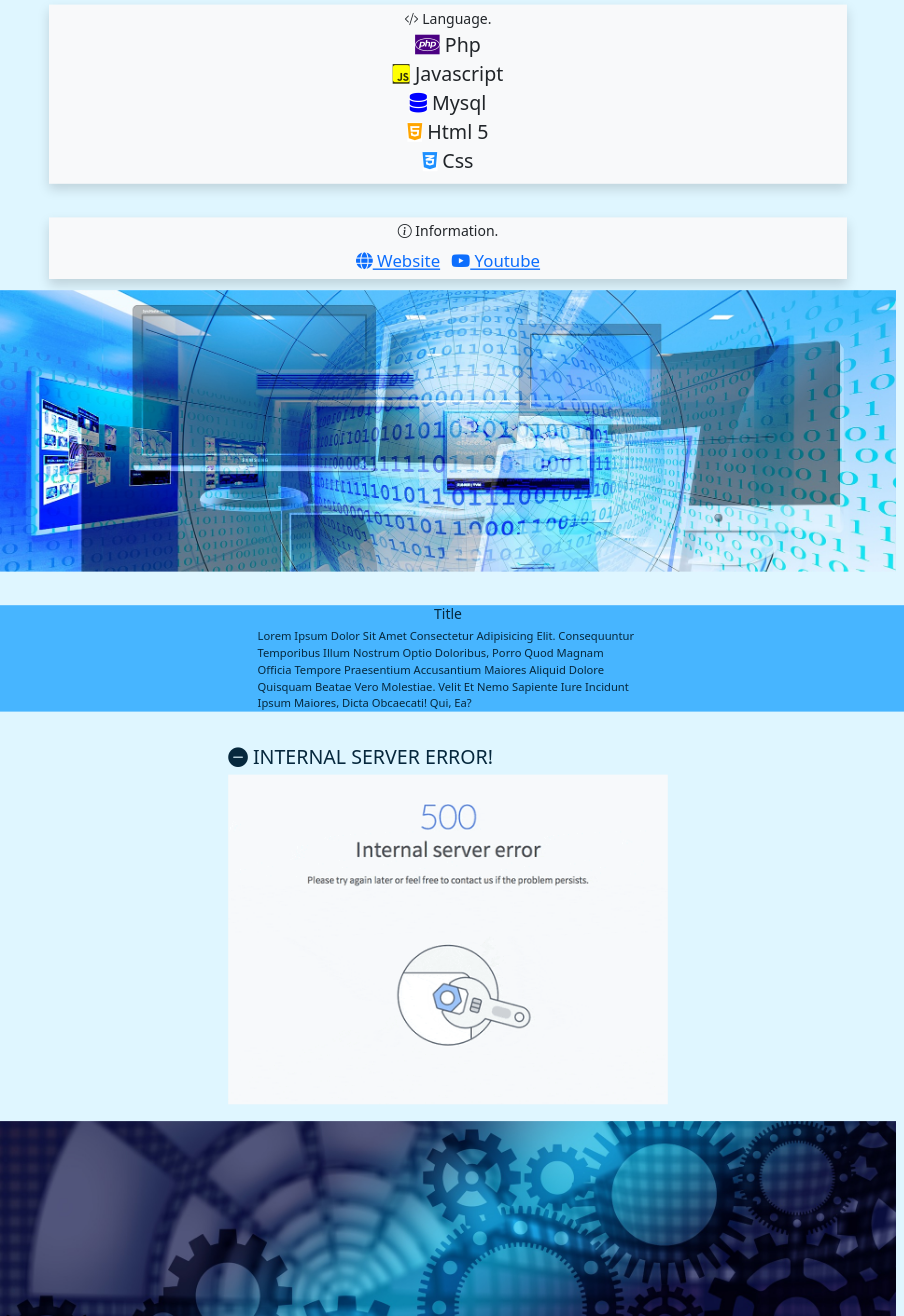
Repository: initer3737/initer3737.github.io
Page: index.html
These files come from the project's save history. The page is drawn as it stood at one moment and after a run of saves; the edit follows.
The browser window is 1280 px wide. The page is 1292 px wide, so the pictures cover 1292 px, including what lies to the right of the window. The pictures show the part of the page from y = 951 to 2831 px (the page is 3335 px tall), at 70% of full size.
Some web libraries are served in a nearby version.

Above is the page before, as saved 2022-06-12 17:04:59.
Console error: TypeError: Cannot set properties of null (setting 'innerHTML')

### index.html
<!DOCTYPE html>
<html lang="en">
<head>
    <meta charset="UTF-8">
    <meta http-equiv="X-UA-Compatible" content="IE=edge">
    <meta name="viewport" content="width=device-width, initial-scale=1.0">
    <title>puthut wahyu aji</title>
    <link href="https://cdn.jsdelivr.net/npm/bootstrap@5.0.2/dist/css/bootstrap.min.css" rel="stylesheet" integrity="sha384-EVSTQN3/azprG1Anm3QDgpJLIm9Nao0Yz1ztcQTwFspd3yD65VohhpuuCOmLASjC" crossorigin="anonymous">
    <script src="https://kit.fontawesome.com/7bb1ae10af.js" crossorigin="anonymous"></script>
<!-- bootstrap icon -->
<link rel="stylesheet" href="https://cdn.jsdelivr.net/npm/bootstrap-icons@1.8.3/font/bootstrap-icons.css">

    <link rel="stylesheet" href="css/style.css">
</head>
<body class="bg-1">
    <header class=" bg-1">
         <img src="img/banner-982162_1920.jpg" alt="" class="img-fluid w-100" srcset="">
    </header>
    <div class="container bg-light shadow rounded  d-flex flex-column gap-4 justify-content-center align-content-center align-items-center p-2">
        <div class="row d-flex align-content-center align-items-center">
            <div class="col-12">
               <div class="bg-primary text-capitalize d-flex justify-content-start">
                <p id="fulldate" class="h4 text-light p-2"></p>
               </div>
            </div>
            <div class="col-10 col-md-5 col-lg-4">
               <div class="card shadow m-2 p-1 position-relative">
                <video src="img/Earth - 4788.mp4" loop muted autoplay class="w-100 rounded-pill py-5 px-2"></video>
                <div class="filter2"></div>
               </div>
            </div>
            <div class="col-10 col-md-9 col-lg-8">
               <h5 class="text-capitalize"><i class="bi bi-medium"></i> social media.</h5>
               <div class="d-flex flex-row align-content-center align-items-center gap-3">
                <div class="d-flex flex-column fs-4">
                    <a href="https://www.instagram.com/puthutwahyuaji/" target="_blank" class="text-capitalize"><i class="fa-brands fa-instagram"></i> instagram</a>
                    <!-- <a href="https://www.facebook.com/puthut.wahyuaji.94/" target="_blank" class="text-capitalize"><i class="fa-brands fa-facebook"></i> facebook</a>
                    <a href="https://twitter.com/puthut_wahkyu" target="_blank" class="text-capitalize"><i class="fa-brands fa-twitter"></i> twitter</a> -->
                    <!-- <a href="https://www.sololearn.com/profile/22926925" target="_blank" class="text-capitalize"><i class="fa-solid fa-globe"></i> sololearn</a> -->
                    <!-- <a href="https://www.duolingo.com/profile/PUTHUTWAHY" target="_blank" class="text-capitalize"><i class="fa-solid fa-globe"></i> duolingo</a> -->
                    <a href="https://github.com/initer3737" target="_blank" class="text-capitalize"><i class="fa-brands fa-github"></i> github</a>
                </div>
                <div class=""><a href="game.html" class="btn btn-outline-primary rounded-pill px-5 py-2"><i class="bi bi-controller"></i> Game</a></div>
            </div>
            </div>
        </div>
    </div>
    <!-- https://www.fiverr.com/share/lYqN8j -->
    <div class="container bg-light shadow mt-5 d-flex flex-column gap-1 justify-content-center align-content-center align-items-center p-2">
        <h5><i class="fa-solid fa-briefcase"></i> framework.</h5>
            <h3><i class="fa-brands fa-laravel text-danger"></i> laravel</h3>
            <h3><i class="fa-brands fa-bootstrap text-primary"></i> bootstrap 5</h3>
        </div>
    </div>

    <div class="container bg-light shadow mt-5 d-flex flex-column  justify-content-center align-content-center align-items-center p-2">
        <h5><i class="bi bi-code-slash"></i> language.</h5>
            <h3><i class="fa-brands fa-php php"></i> php</h3>
            <h3><i class="fa-brands fa-js-square javascript"></i> javascript</h3>
            <h3><i class="fa-solid fa-database mysql"></i> mysql</h3>
            <h3><i class="fa-brands fa-html5 html"></i> html 5</h3>
            <h3><i class="fa-brands fa-css3-alt css"></i> css</h3>
        </div>

        <!-- <div class="container bg-light shadow mt-5 d-flex flex-column  justify-content-center align-content-center align-items-center p-2">
            <h5 class="capitalize">Hire me on.</h5>
            <div class="d-flex flex-column fs-4">
                <a href="https://www.upwork.com/workwith/puthutwahyuaji" target="_blank"><i class="fa-solid fa-briefcase"></i> upwork.com</a>
                <a href="https://www.fiverr.com/share/lYqN8j" target="_blank"><i class="fa-solid fa-briefcase"></i> fiver.com</a>
            </div>
            </div> -->

    </div>

    <div class="container bg-light shadow mt-5 d-flex flex-column gap-1 justify-content-center align-content-center align-items-center p-2">
        <h5><i class="bi bi-info-circle"></i> information.</h5>
        <div class="fs-4 d-flex gap-3">
            <a href="https://initer3737.github.io/course/html/pages/course.html" target="_blank"><i class="fa-solid fa-globe"></i> website</a>
            <a href="https://www.youtube.com/channel/UClsfa0LkA3_YMsFjW1M__sw" target="_blank"><i class="fa-brands fa-youtube"></i> youtube</a>
        </div>
    </div>

    <footer class="mt-3 text-light">
       <div class="row">
        <div class="col-12">
            <img src="img/banner-909710_1920.jpg" class="img-fluid w-100" alt="">
           </div>
           <div class="col-12 mt-5 m-auto bg-2">
             <div class="text-center color-4"><h5>title</h5></div>
             <div class="text-start color-4 px-5 w-50 m-auto">
                Lorem ipsum dolor sit amet consectetur adipisicing elit. Consequuntur temporibus illum nostrum optio doloribus, porro quod magnam officia tempore praesentium accusantium maiores aliquid dolore quisquam beatae vero molestiae. Velit et nemo sapiente iure incidunt ipsum maiores, dicta obcaecati! Qui, ea?
             </div>
           </div>
           <div class="col-6 mt-5 m-auto">
            <div class="d-flex flex-row flex-wrap">
                <h3 class="color-4"><i class="bi bi-dash-circle-fill"></i> INTERNAL SERVER ERROR!</h3>
                <img src="img/giphy.gif" class="img-fluid w-100" alt="">
            </div>
           </div>
           <div class="col-12 mt-4">
            <img src="img/gears-1311171_1920.jpg" class="img-fluid w-100" alt="">
           </div>
           <div class="col-6 mt-5 m-auto">
            <div class="d-flex flex-row flex-wrap">
                <h3 class="color-4"><i class="bi bi-send-fill"></i> sending files!</h3>
                <img src="img/giphy (1).gif" class="img-fluid w-100" alt="">
            </div>
           </div>
       </div>
    </footer>
    <script src="https://cdn.jsdelivr.net/npm/bootstrap@5.0.2/dist/js/bootstrap.bundle.min.js" integrity="sha384-MrcW6ZMFYlzcLA8Nl+NtUVF0sA7MsXsP1UyJoMp4YLEuNSfAP+JcXn/tWtIaxVXM" crossorigin="anonymous"></script>
</body>
</html>

<script>
    function Years() {
        $date=new Date();
        let t=document.getElementById('year');
        t.innerHTML=`${$date.getFullYear()} - ${$date.getFullYear()+5}`;
    }
    function Jam(){
        let T=document.getElementById('jam');
        let time=new Date();let hour;let minuets;let second;let statusTime;
        hour=validateTime(time.getHours());minuets=validateTime(time.getMinutes());second=validateTime(time.getSeconds());statusTime=()=>{
            if(hour > 00 &&hour < 11 ){
                status="pagi";
            }else if(hour >11 && hour < 15){
                status="siang";
            }else if(hour > 15 && hour < 18 ){
                status="sore";
            }else{
                status="malam";
            }

            return status;
        };
        T.innerHTML=`${hour}:${minuets}:${second} : ${statusTime()}`;
        setTimeout('Jam()',1000);
    }
    function Tanggal(){
        let t=document.getElementById("fulldate");
        let time=new Date();
        let hari;let bulan;let tanggal;let tahun;let hariAngka=time.getDate();
        tahun=time.getFullYear();bulan=time.getMonth();hari=time.getDay();
        let data={
            hari:["minggu","senin","selasa","rabu","kamis","jum'at","sabtu"],
            bulan:["januari","february","maret","april","mei","juni","juli","agustus","september","oktober","november","desember"]
        };
         t.innerHTML=`${data.hari[hari]}  ${hariAngka}  ${data.bulan[bulan]}  ${tahun}`;
    }
    const validateTime=(T)=>T<10 ?'0'+T:T;

    const initialize=()=>{
                Tanggal();
                Years();
                Jam();
            }

            initialize();
</script>

### css/style.css
*{
    text-transform: capitalize;
   cursor: url(https://ani.cursors-4u.net/cursors/cur-13/cur1162.ani), url(https://ani.cursors-4u.net/cursors/cur-13/cur1162.png), auto !important;
}
body{
    cursor: url('img/cursor.jpeg'),auto;
    /* background-color: #ddd; */
}
a:hover{
    transition:ease-in-out 0.5s;
    color: blueviolet;
    text-decoration: none;
}
.css{
    color: dodgerblue;
    background-color:white ;
}
.html{
    color: orange;
    background-color: white;
}
.mysql{
    background-color:white ;
    color: blue;
}
.javascript{
    background-color:rgb(51, 51, 9) ;
    color: yellow;
}
.php{
    background-color:indigo ;
    color: white;
}
header{
    /* height: 90vh; */
    display: flex;
    align-items: center;
    align-content: center;
    justify-content: center;
}
.filter{
    background-color: dodgerblue;
    opacity: 0.6;
    height: 100%;
    top: 0;
    width: 100%;
    position: absolute;
}
.text-container{
    z-index: 999;
}
.card:hover{
    /* border-color: dodgerblue; */
    background-color: dodgerblue;
    transform: perspective(12px);
    cursor: pointer;
}
.gambar{
    background-image: #000;
}

/*color pallete*/
.color-1{
    color:#DFF6FF;
}
.bg-1{
    background-color:#DFF6FF;
}

.color-2{
    color:#47B5FF;
}
.bg-2{
    background-color:#47B5FF;
}

.color-3{
    color:#1363DF;
}
.bg-3{
    background-color:#1363DF;
}

.color-4{
    color:#06283D;
}
.bg-4{
    background-color:#06283D;
}

After the next 3 saves:
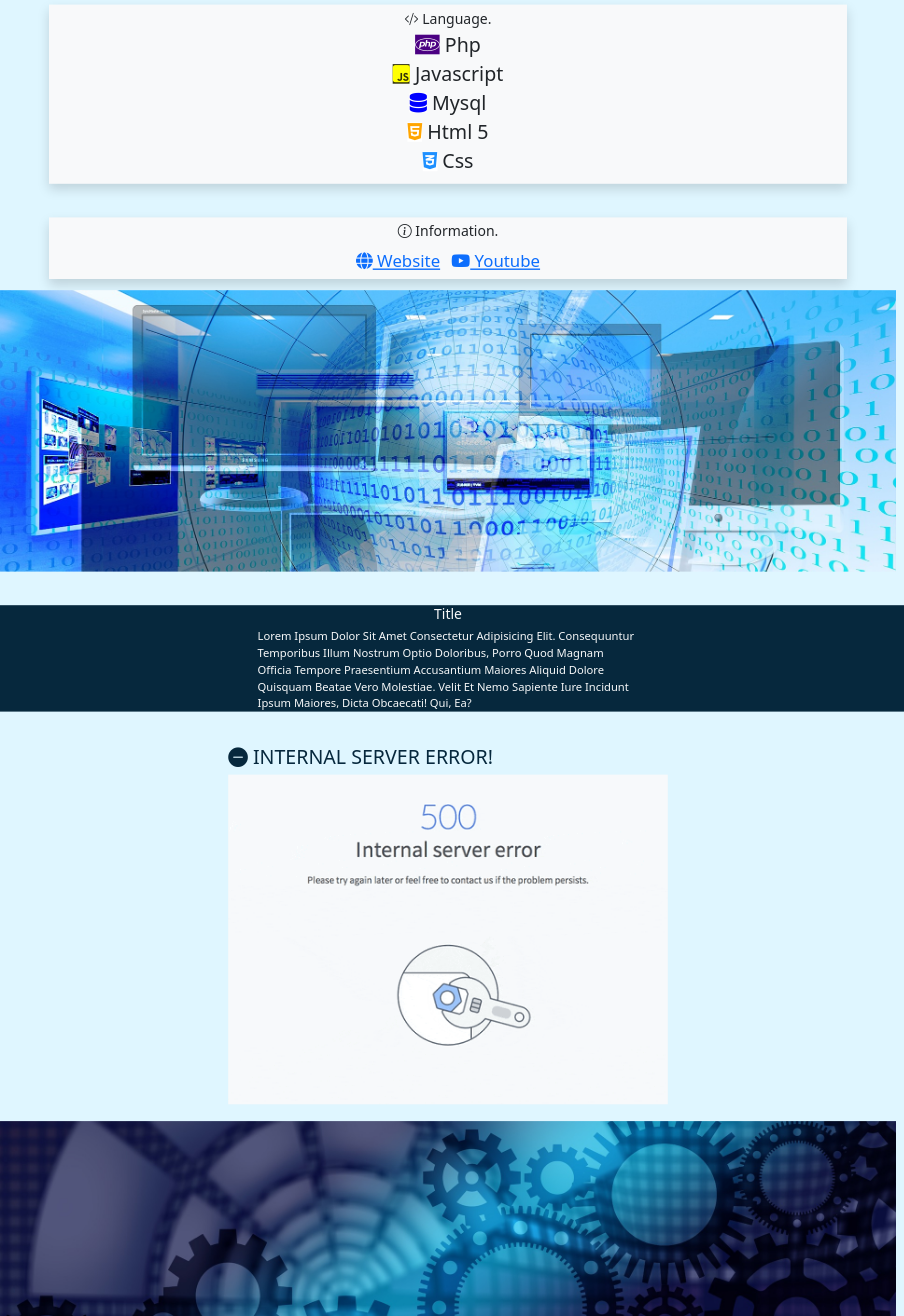
The 3 saves are shown as one change because they came seconds apart.
The last was saved 32 s later.
--- a/index.html
+++ b/index.html
@@ -85,9 +85,9 @@
         <div class="col-12">
             <img src="img/banner-909710_1920.jpg" class="img-fluid w-100" alt="">
            </div>
-           <div class="col-12 mt-5 m-auto bg-2">
-             <div class="text-center color-4"><h5>title</h5></div>
-             <div class="text-start color-4 px-5 w-50 m-auto">
+           <div class="col-12 mt-5 m-auto bg-4">
+             <div class="text-center "><h5>title</h5></div>
+             <div class="text-start  px-5 w-50 m-auto">
                 Lorem ipsum dolor sit amet consectetur adipisicing elit. Consequuntur temporibus illum nostrum optio doloribus, porro quod magnam officia tempore praesentium accusantium maiores aliquid dolore quisquam beatae vero molestiae. Velit et nemo sapiente iure incidunt ipsum maiores, dicta obcaecati! Qui, ea?
              </div>
            </div>
